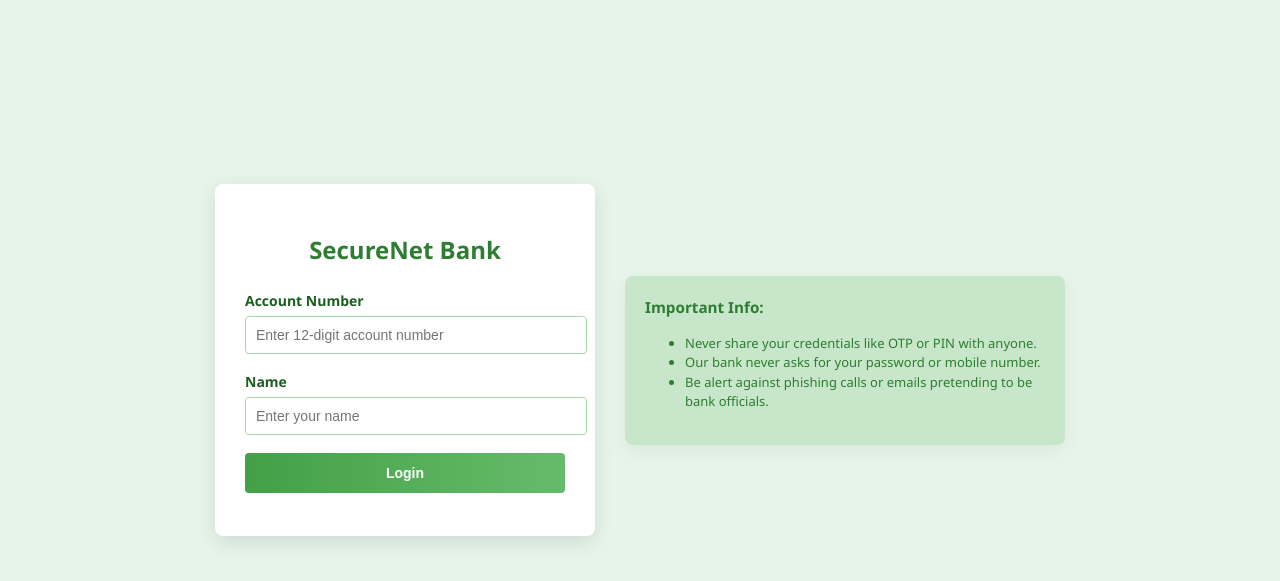
Repository: atharvthonge/Bank-Management-System
Page: http://localhost/login
These files come from the project's save history. The page is drawn as it stood at one moment and after the next save; the edit follows.
The browser window is 1280 px wide. The pictures show the whole page.
The page is this project's Thymeleaf template; nobody is signed in. The template is opened directly, without the code that normally fills it, so the values that code supplies are empty.

Above is the page before, as saved 2025-08-22 11:51:38.

### com.securenetbank/src/main/resources/templates/login.html
<!DOCTYPE html>
<html xmlns:th="http://www.thymeleaf.org">
<head>
    <title>SecureNet Bank - Login</title>
    <style>
        body {
            margin: 0;
            font-family: 'Segoe UI', Tahoma, Geneva, Verdana, sans-serif;
            background-color: #e6f4ea; /* light green background */
        }

        .container {
            display: flex;
            justify-content: center;
            align-items: center;
            height: 100vh;
            gap: 30px;
        }

        .login-box {
            background-color: #ffffff; /* keep white for clarity */
            width: 320px;
            padding: 30px;
            border-radius: 8px;
            box-shadow: 0 6px 20px rgba(0,0,0,0.1);
        }

        .login-box h2 {
            text-align: center;
            margin-bottom: 25px;
            color: #2e7d32; /* dark green */
        }

        .login-box label {
            display: block;
            margin-bottom: 6px;
            font-weight: 600;
            color: #1b5e20; /* darker green */
            font-size: 14px;
        }

        .login-box input[type="text"] {
            width: 100%;
            padding: 10px;
            margin-bottom: 18px;
            border: 1px solid #a5d6a7; /* light green border */
            border-radius: 4px;
            font-size: 14px;
        }

        .login-box button {
            width: 100%;
            padding: 12px;
            background: linear-gradient(to right, #43a047, #66bb6a); /* green gradient */
            border: none;
            color: white;
            font-weight: bold;
            border-radius: 4px;
            cursor: pointer;
            font-size: 14px;
        }

        .login-box button:hover {
            opacity: 0.9;
        }

        .login-box p.error {
            color: #d32f2f; /* red for errors */
            text-align: center;
            font-size: 13px;
        }

        .info-box {
            background-color: #c8e6c9; /* light green box */
            padding: 20px;
            width: 400px;
            border-radius: 8px;
            box-shadow: 0 6px 20px rgba(0,0,0,0.05);
            color: #2e7d32; /* dark green text */
            font-size: 13px;
            line-height: 1.5;
        }

        .info-box h3 {
            margin-top: 0;
        }
    </style>
</head>
<body>
    <div class="container">
        <div class="login-box">
            <h2>SecureNet Bank</h2>
            <form th:action="@{/login}" method="post">
                <label>Account Number</label>
                <input type="text" name="accNo" placeholder="Enter 12-digit account number" required>

                <label>Name</label>
                <input type="text" name="name" placeholder="Enter your name" required>

                <button type="submit">Login</button>
            </form>
            <p class="error" th:text="${error}"></p>
        </div>

        <div class="info-box">
            <h3>Important Info:</h3>
            <ul>
                <li>Never share your credentials like OTP or PIN with anyone.</li>
                <li>Our bank never asks for your password or mobile number.</li>
                <li>Be alert against phishing calls or emails pretending to be bank officials.</li>
            </ul>
        </div>
    </div>
</body>
</html>

After the next save:
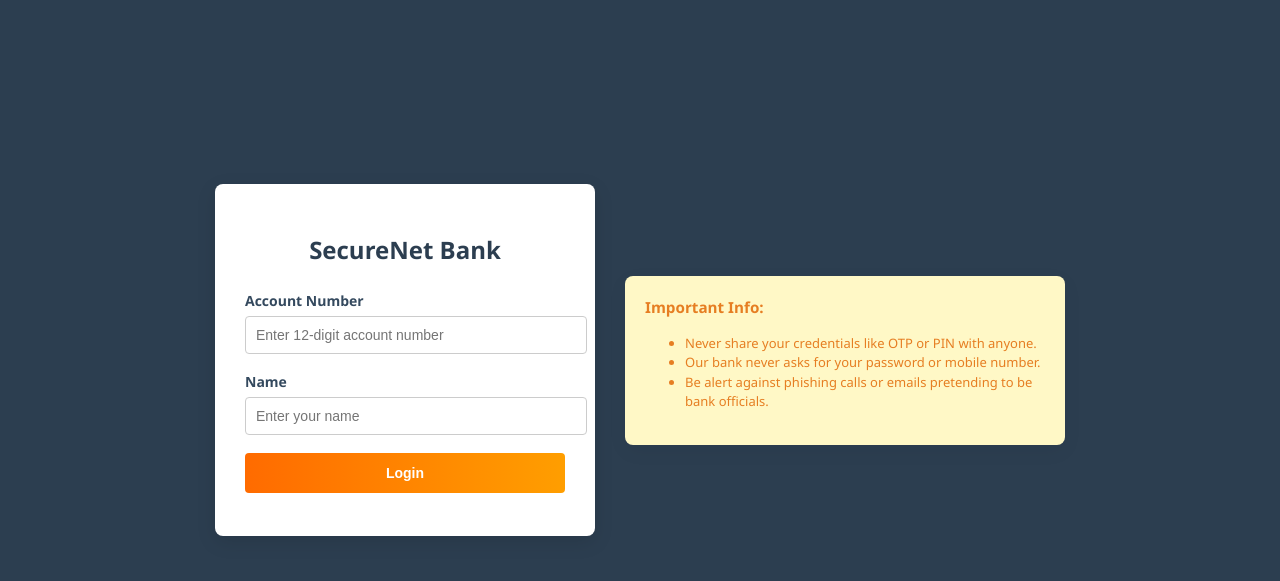
Saved 44 s later.
--- a/com.securenetbank/src/main/resources/templates/login.html
+++ b/com.securenetbank/src/main/resources/templates/login.html
@@ -6,7 +6,7 @@
         body {
             margin: 0;
             font-family: 'Segoe UI', Tahoma, Geneva, Verdana, sans-serif;
-            background-color: #e6f4ea; /* light green background */
+  background-color: #2c3e50; /* dark slate/charcoal */
         }
 
         .container {
@@ -18,7 +18,7 @@
         }
 
         .login-box {
-            background-color: #ffffff; /* keep white for clarity */
+            background-color: #ffffff; /* keep white */
             width: 320px;
             padding: 30px;
             border-radius: 8px;
@@ -28,14 +28,14 @@
         .login-box h2 {
             text-align: center;
             margin-bottom: 25px;
-            color: #2e7d32; /* dark green */
+            color: #2c3e50;
         }
 
         .login-box label {
             display: block;
             margin-bottom: 6px;
             font-weight: 600;
-            color: #1b5e20; /* darker green */
+            color: #34495e;
             font-size: 14px;
         }
 
@@ -43,7 +43,7 @@
             width: 100%;
             padding: 10px;
             margin-bottom: 18px;
-            border: 1px solid #a5d6a7; /* light green border */
+            border: 1px solid #ccc;
             border-radius: 4px;
             font-size: 14px;
         }
@@ -51,7 +51,7 @@
         .login-box button {
             width: 100%;
             padding: 12px;
-            background: linear-gradient(to right, #43a047, #66bb6a); /* green gradient */
+            background: linear-gradient(to right, #ff6b00, #ff9e00);
             border: none;
             color: white;
             font-weight: bold;
@@ -65,18 +65,18 @@
         }
 
         .login-box p.error {
-            color: #d32f2f; /* red for errors */
+            color: #e74c3c;
             text-align: center;
             font-size: 13px;
         }
 
         .info-box {
-            background-color: #c8e6c9; /* light green box */
+            background-color: #fff8c6; /* light yellow */
             padding: 20px;
             width: 400px;
             border-radius: 8px;
             box-shadow: 0 6px 20px rgba(0,0,0,0.05);
-            color: #2e7d32; /* dark green text */
+            color: #e67e22; /* orange text */
             font-size: 13px;
             line-height: 1.5;
         }
